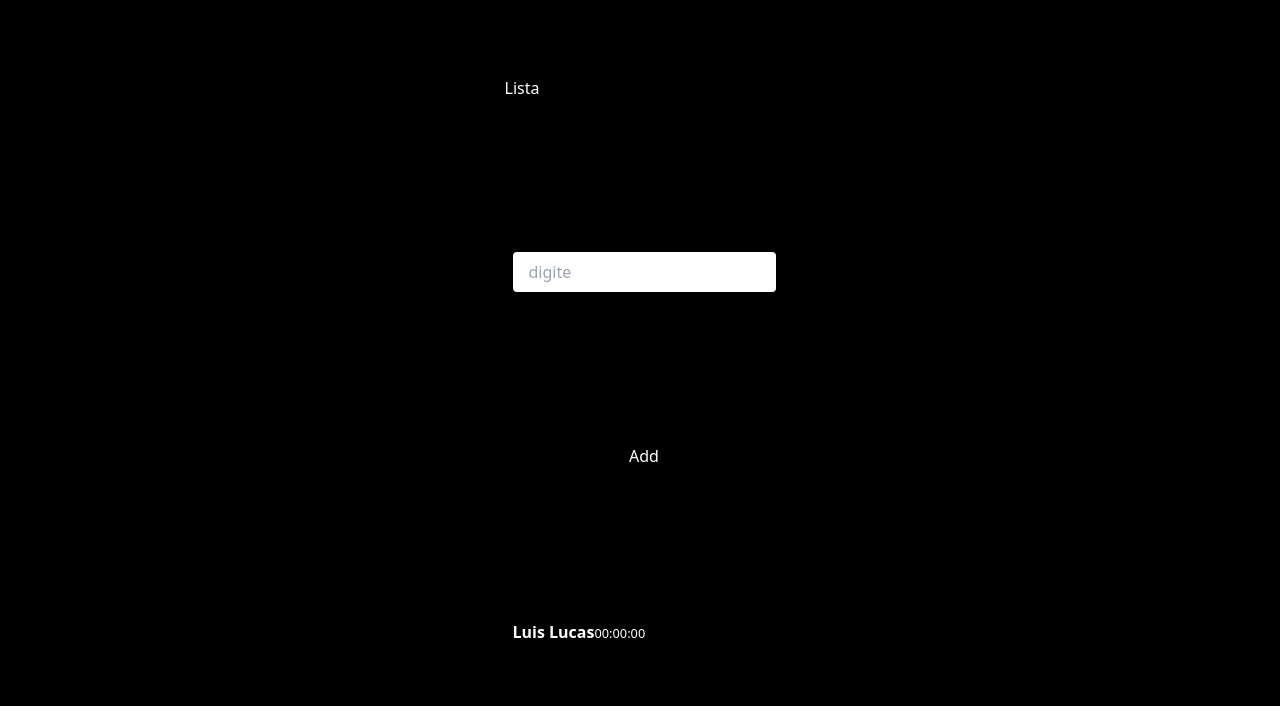
Repository: LuisSempre/FundamentosReact
Page: /
An editor plug-in stored every save of this project. The page is shown before and after the next save, followed by the edit.
The browser window is 1280 px wide. The pictures show the whole page.
The project was rebuilt for these pictures with package versions that can differ from the ones it lists, and the page was loaded fresh each time. Also part of the build but not shown: vite.config.js.

Above is the page before, as saved 2022-06-28 17:30:52.

After the next save:
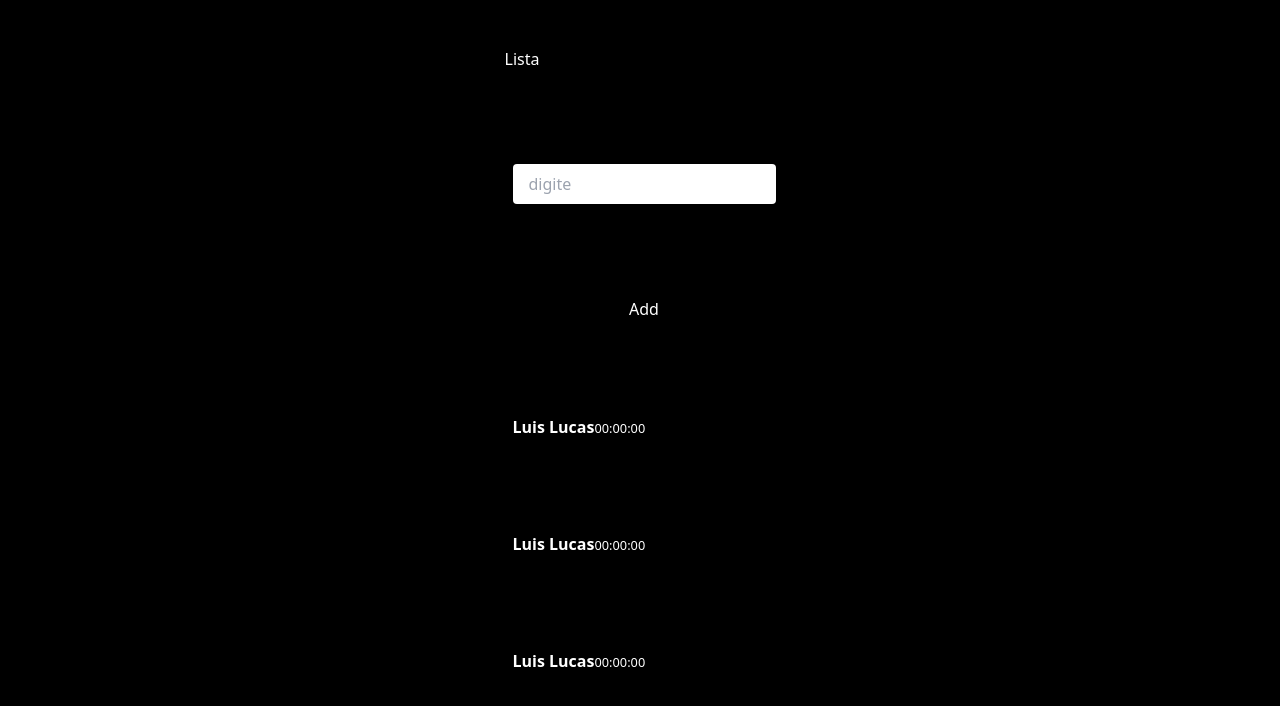
Saved 12 s later.
--- a/src/pages/Home.jsx
+++ b/src/pages/Home.jsx
@@ -6,9 +6,10 @@ export function Home() {
       <h1>Lista</h1>
       <input className="px-4 py-2 rounded bg-white" type="text" placeholder="digite" />
       <button>Add</button>
-      <div>
+
         <Card />
-      </div>
+        <Card />
+        <Card />
     </div>
   );
 }
